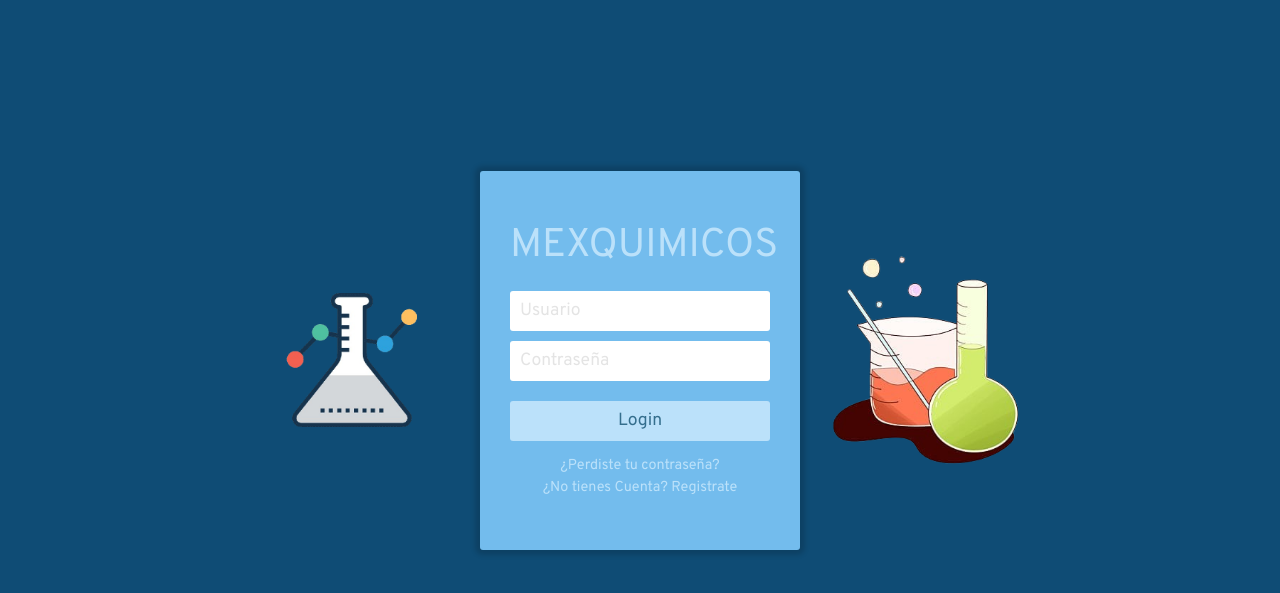
Repository: iDiv3r/MexiQuimicosIsay
Page: Index.html
The author's editor kept a copy of each file at every save. The page is drawn from the files as they stood at one save, then again after the next save.
The browser window is 1280 px wide. The pictures show the whole page.

Above is the page before, as saved 2023-11-26 16:20:58.

### Index.html
<!doctype html>
<html lang="es">

    <head>

        <meta charset="utf-8">

        <title> Formulario de Acceso </title>

        <meta name="viewport" content="width=device-width, initial-scale=1.0">
        <meta name="author" content="Videojuegos & Desarrollo">
        <meta name="description" content="Muestra de un formulario de acceso en HTML y CSS">
        <meta name="keywords" content="Formulario Acceso, Formulario de LogIn">

        <link href="https://fonts.googleapis.com/css?family=Nunito&display=swap" rel="stylesheet">
        <link href="https://fonts.googleapis.com/css?family=Overpass&display=swap" rel="stylesheet">
        <link rel="stylesheet" href="css/login.css">

        <style type="text/css">

        </style>

        <script type="text/javascript">

        </script>

    </head>
    <body>

        <div id="contenedor">
          <img src="img/L1.png" alt="logo" class="logo">
            <div id="central">
                <div id="login">
                    <div class="titulo">
                        MEXQUIMICOS
                    </div>
                    <form action="Controller.php" method="post">
                        <input type="text" name="txtCorreo" placeholder="Usuario" required>
                        <input type="password" placeholder="Contraseña" name="txtPass" required>
                        <button type="submit" title="Ingresar" name="btnIng">Login</button>
                    </form>
                    <div class="pie-form">
                        <a href="#">¿Perdiste tu contraseña?</a>
                        <a href="#">¿No tienes Cuenta? Registrate</a>
                    </div>
                </div>
            </div>
            <img src="img/L2.png" alt="logo" class="logo">
        </div>
    </body>
</html>

### css/login.css
body {
    font-family: 'Overpass', sans-serif;
    font-weight: normal;
    font-size: 100%;
    color: #9bcee9;

    margin: 0;
    background-color: #0f4c75;
}

#contenedor {
    display: flex;
    align-items: center;
    justify-content: center;

    margin: 0;
    padding: 0;
    min-width: 100vw;
    min-height: 100vh;
    width: 100%;
    height: 100%;
}

#central {
    max-width: 320px;
    width: 100%;
}

.titulo {
    font-size: 250%;
    color:#bbe1fa;
    text-align: center;
    margin-bottom: 20px;
}

#login {
    width: 100%;
    padding: 50px 30px;
    background-color: #73bced;

    -webkit-box-shadow: 0px 0px 5px 5px rgba(0,0,0,0.15);
    -moz-box-shadow: 0px 0px 5px 5px rgba(0,0,0,0.15);
    box-shadow: 0px 0px 5px 5px rgba(0,0,0,0.15);

    border-radius: 3px 3px 3px 3px;
    -moz-border-radius: 3px 3px 3px 3px;
    -webkit-border-radius: 3px 3px 3px 3px;

    box-sizing: border-box;
}

#login input {
    font-family: 'Overpass', sans-serif;
    font-size: 110%;
    color: #599fc4;

    display: block;
    width: 100%;
    height: 40px;

    margin-bottom: 10px;
    padding: 5px 5px 5px 10px;

    box-sizing: border-box;

    border: none;
    border-radius: 3px 3px 3px 3px;
    -moz-border-radius: 3px 3px 3px 3px;
    -webkit-border-radius: 3px 3px 3px 3px;
}

#login input::placeholder {
    font-family: 'Overpass', sans-serif;
    color: #E4E4E4;
}

#login button {
    font-family: 'Overpass', sans-serif;
    font-size: 110%;
    color:#346e8d;
    width: 100%;
    height: 40px;
    border: none;

    border-radius: 3px 3px 3px 3px;
    -moz-border-radius: 3px 3px 3px 3px;
    -webkit-border-radius: 3px 3px 3px 3px;

    background-color: #bbe1fa;

    margin-top: 10px;
}

#login button:hover {
    background-color: #5ccef4;
    color:#bbe1fa;
}

.pie-form {
    font-size: 90%;
    text-align: center;
    margin-top: 15px;
}

.pie-form a {
    display: block;
    text-decoration: none;
    color: #bbe1fa;
    margin-bottom: 3px;
}

.pie-form a:hover {
    color: #0f4c75;
}

.inferior {
    margin-top: 10px;
    font-size: 90%;
    text-align: center;
}

.inferior a {
    display: block;
    text-decoration: none;
    color: #bbe1fa;
    margin-bottom: 3px;
}

.inferior a:hover {
    color: #3282b8;
}

.logo{
    image-rendering: auto;
    width: 20%;
    height: 20%;

}

After the next save:
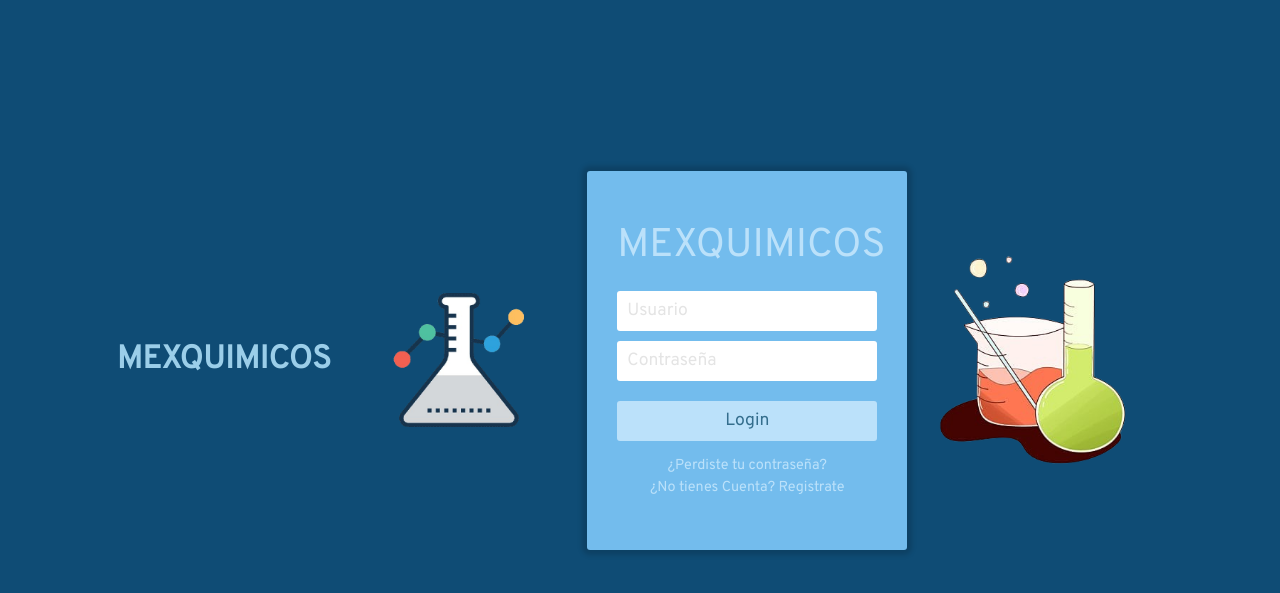
Saved 77 s later.
--- a/Index.html
+++ b/Index.html
@@ -28,6 +28,7 @@
     <body>
 
         <div id="contenedor">
+          <h1>MEXQUIMICOS</h1>
           <img src="img/L1.png" alt="logo" class="logo">
             <div id="central">
                 <div id="login">
